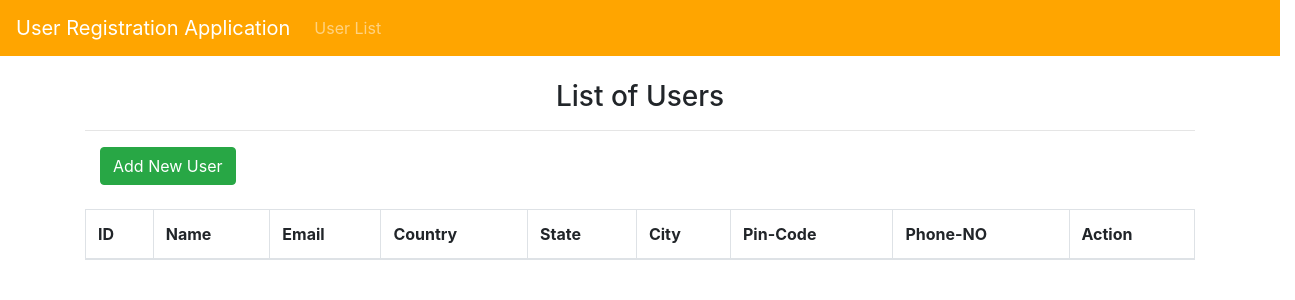
Repository: Malli120391/UserRegistrationSystemCrud
Page: http://localhost/UserRegistrationSystem/userlist.jsp
The author's editor kept a copy of each file at every save. The page is drawn from the files as they stood at one save, then again after the next save.
The browser window is 1280 px wide. The page is 1295 px wide, so the pictures cover 1295 px, including what lies to the right of the window. The pictures show the whole page.
The page is served by Tomcat 9.

Above is the page before, as saved 2020-12-26 15:59:39.

After the next save:
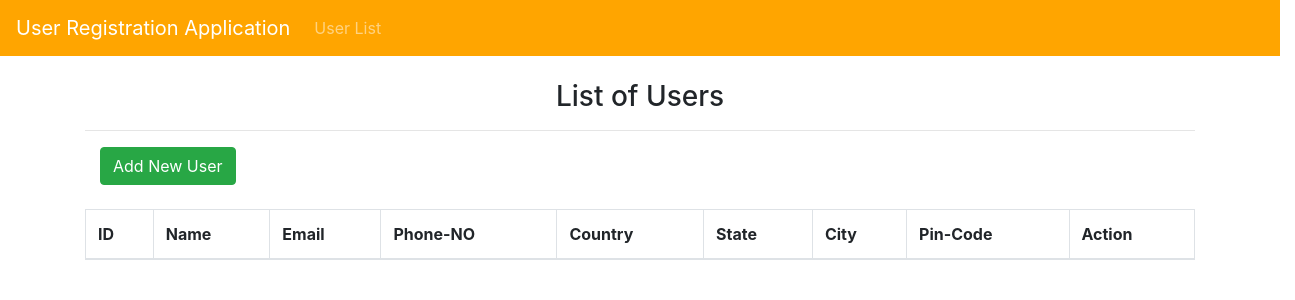
Saved 72 s later.
--- a/UserRegistrationSystem/WebContent/userlist.jsp
+++ b/UserRegistrationSystem/WebContent/userlist.jsp
@@ -44,11 +44,11 @@
                 <th>ID</th>
                 <th>Name</th>
                 <th>Email</th>
+                <th>Phone-NO</th>
                 <th>Country</th>
                 <th>State</th>
                 <th>City</th>
                 <th>Pin-Code</th>
-                <th>Phone-NO</th>
                 <th>Action</th>
                 </tr>
                 </thead>
